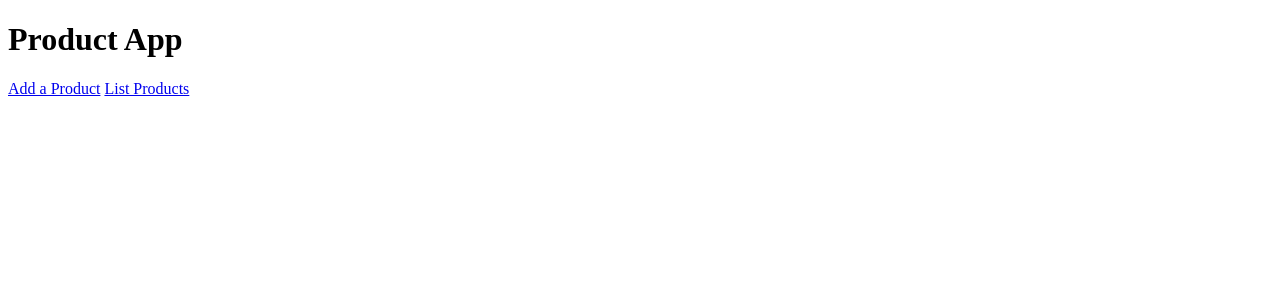
Repository: amrendranj/visa_frameworks
Page: productapp/src/main/webapp/index.html
The author's editor kept a copy of each file at every save. The page is drawn from the files as they stood at one save, then again after the next save.
The browser window is 1280 px wide. The pictures show the whole page.

Above is the page before, as saved 2019-07-15 10:44:22.

### productapp/src/main/webapp/index.html
<!DOCTYPE html>
<html>
<head>
<meta charset="UTF-8">
<title>Product App</title>
</head>
<body>
	<h1>Product App</h1>
	<a href="form.html">Add a Product</a>
	<a href="products">List Products</a>
</body>
</html>

After the next save:
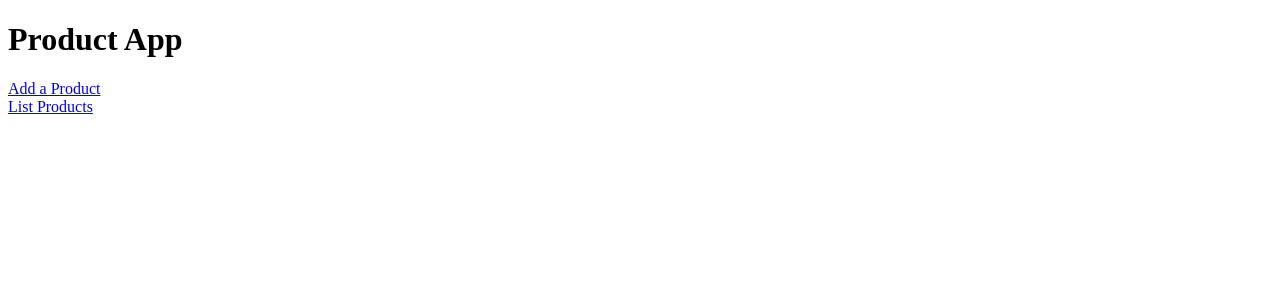
Saved 18 s later.
--- a/productapp/src/main/webapp/index.html
+++ b/productapp/src/main/webapp/index.html
@@ -6,7 +6,7 @@
 </head>
 <body>
 	<h1>Product App</h1>
-	<a href="form.html">Add a Product</a>
+	<a href="form.html">Add a Product</a> <br/>
 	<a href="products">List Products</a>
 </body>
 </html>
